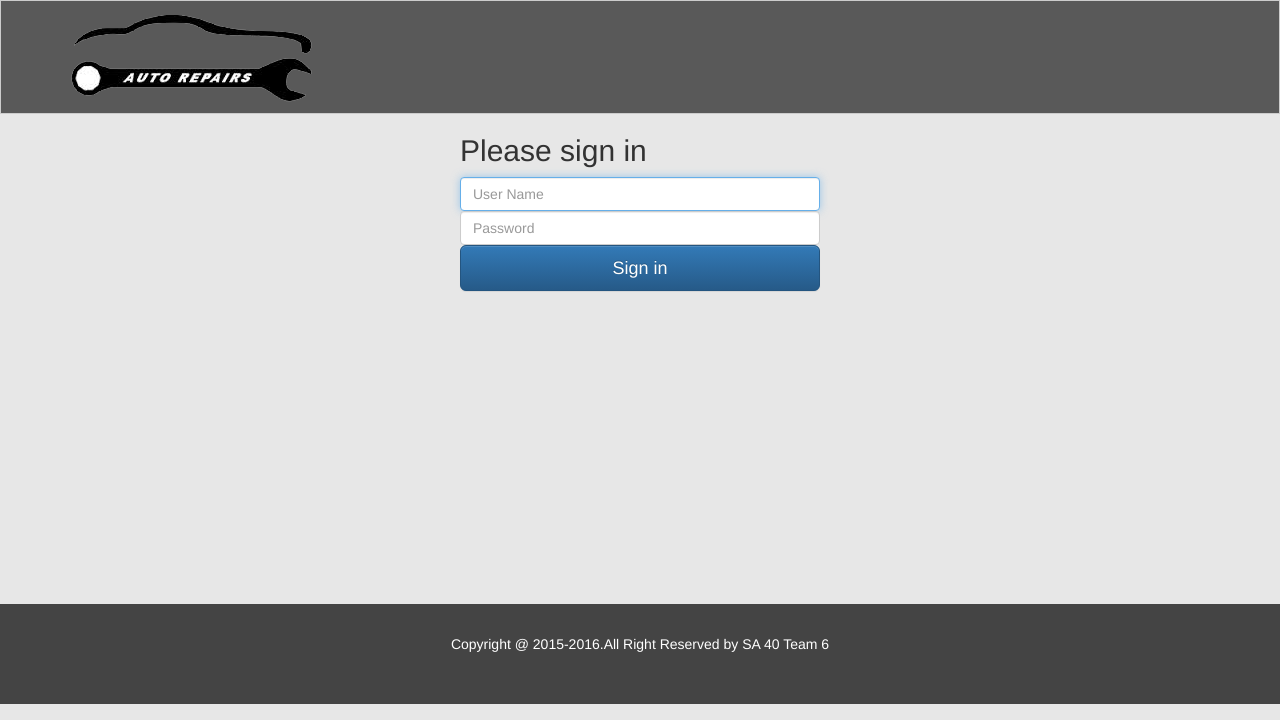
Repository: JiorMajor/InventorySystemWorkspace
Page: http://localhost/InventoryWebSA40Team6/ShowLogin
These files come from the project's save history. The page is drawn as it stood at one moment and after the next save; the edit follows.
The browser window is 1280 px wide. The pictures show the whole page.
The page is served by Tomcat 9.

Above is the page before, as saved 2015-06-12 13:35:07.

After the next save:
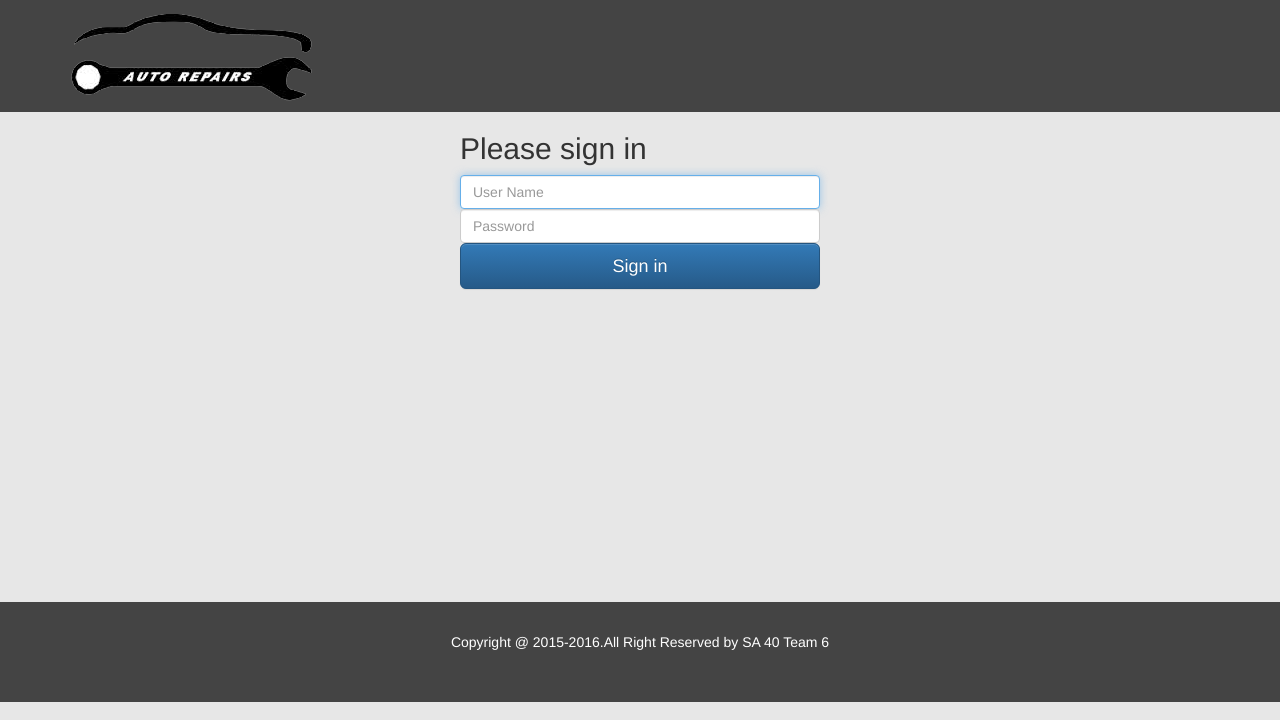
Saved 13 min 0 s later.
--- a/InventoryWebSA40Team6/WebContent/bootstrap/css/style.css
+++ b/InventoryWebSA40Team6/WebContent/bootstrap/css/style.css
@@ -12,12 +12,15 @@ body{
 	border:1px solid #ccc;
     padding: 10px 0;
     width: 100%;
-    background:#595959;
+    background:#444;
+    border:0;
+    margin:0;
 
 }
 .header img{border:0;}
-.nav{
+.menu{
 	background: #ccc;
+	box-shadow:2px -1px 13px #333;
 
 }
 .footer{
@@ -42,6 +45,7 @@ img{
 .navbar-default{
 	color:none;
 	border:none;
+	box-shadow:none;
 }
 .navbar{margin-bottom:0;}
 .navbar-header{
@@ -51,6 +55,7 @@ img{
 a.navbar-brand{
 	color:none;
 	padding-left:0;
+	padding-right: 70px;
 }
 .navbar-default{
 	background:none;
@@ -58,7 +63,7 @@ a.navbar-brand{
 }
 .navbar-default .navbar-brand{color:#444;}
 
-h1{padding-bottom:50px;}
+h1{padding-bottom:30px;}*/
 
 select{
 	width:100%;
@@ -85,15 +90,84 @@ table tr td input{
 	margin:5px;
 
 }
-*/
+
 table tr.title{
 	font-weight: bold;
 	font-size:16px;
 
-}
+}*/
 
 .button{
 	margin-top:20px;
 	float:right;
 }
 hr{border-color:rgb(204,204,204);}
+
+.imp{
+	color:red;
+	font-weight: bold;
+	font-size:16px;
+}
+h4.success{
+	color:green;
+	background:#f0f0f0;
+	border:1px solid #ccc;
+	padding:10px;
+	margin:0 0 35px;
+}
+
+.navbar-default .navbar-nav > li > a{
+	color: #333;
+    font-size: 15px;
+
+}
+
+.navbar-default .navbar-nav > li > a:focus, .navbar-default .navbar-nav > li > a:hover{
+	background: rgb(231,231,231);
+}
+.dropdown-menu{
+	padding-top:0;
+
+}
+.dropdown-menu .divider{
+	margin:0 0;
+	border-bottom: 1px dashed;
+	background-color: #ccc;
+    height: 0;
+}
+.dropdown-menu > li > a{
+	padding-top:10px;
+	padding-bottom:10px;
+	color:#ccc;
+}
+.dropdown-menu{
+	background-color: #595959;
+	opacity:0.4%;
+}
+.alert-danger{
+	float:left;
+	margin-bottom:20px;
+	width:100%;
+}
+
+.cus{
+	margin:20px 0;
+}
+.navbar-nav .open .dropdown-menu{
+	background-color: #ccc;
+}
+#bs-example-navbar-collapse-1 > ul> li>ul .navbar-nav .open .dropdown-menu {
+	background: #ccc;
+}
+
+#bs-example-navbar-collapse-1 > ul > li > ul.dropdown-menu{
+	background-color:#595959;
+	opacity:0.4%;
+}
+#bs-example-navbar-collapse-1 > ul > li > ul > li> a{
+	color:#ccc;
+}
+#bs-example-navbar-collapse-1 > ul > li > ul > li> a:hover{
+	background: rgb(231,231,231);
+	color:#333;
+}
